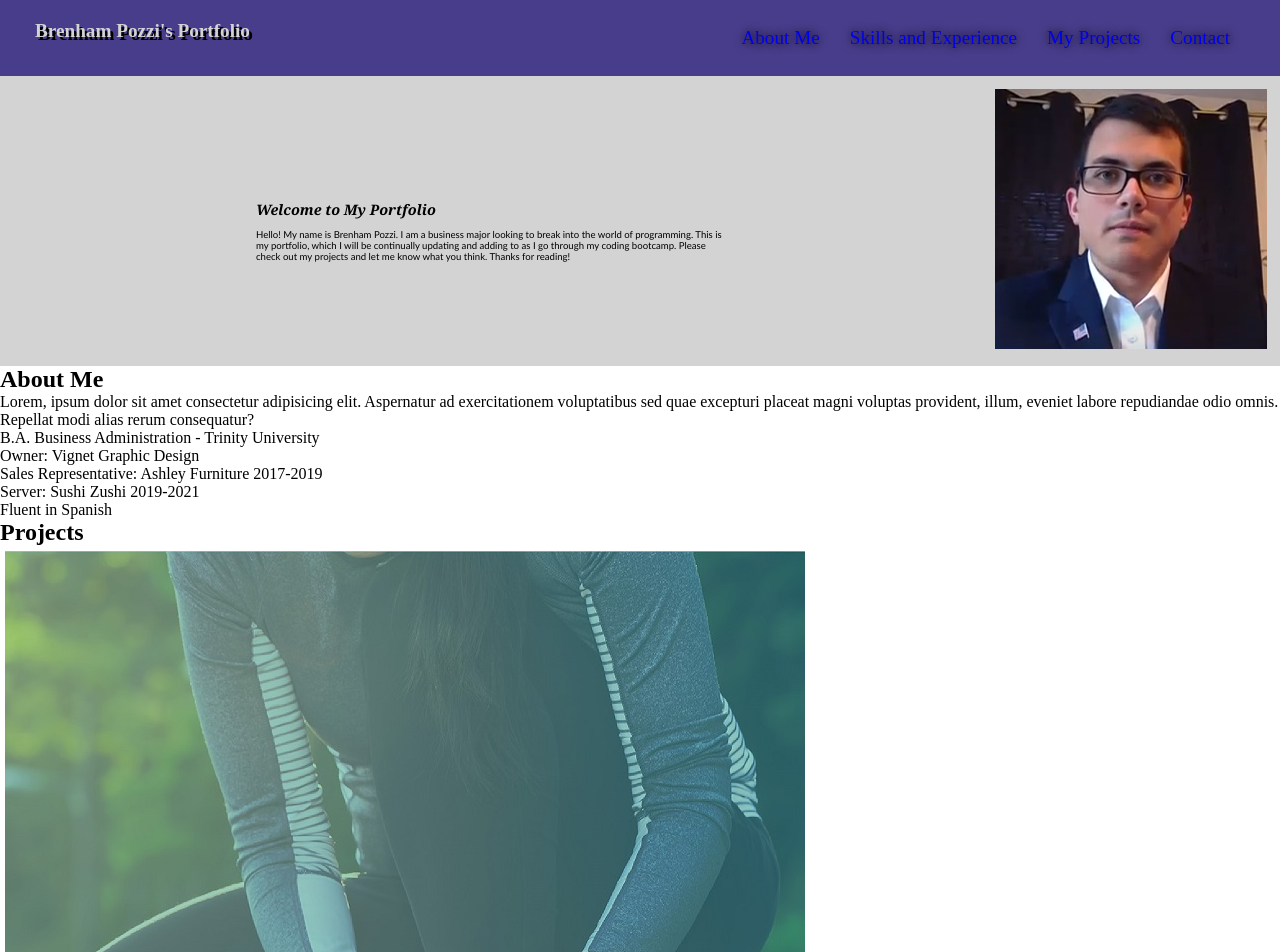
Repository: brenhamp/professional-portfolio
Page: index.html
These files come from the project's save history. The page is drawn as it stood at one moment and after the next save; the edit follows.
The browser window is 1280 px wide. The pictures show the part of the page from y = 0 to 952 px (the page is 2427 px tall before and 2463 px after).
A picture or video elsewhere on the page could not be fetched, so the positions and the page height are approximate.

Above is the page before, as saved 2021-11-14 20:59:07.

After the next save:
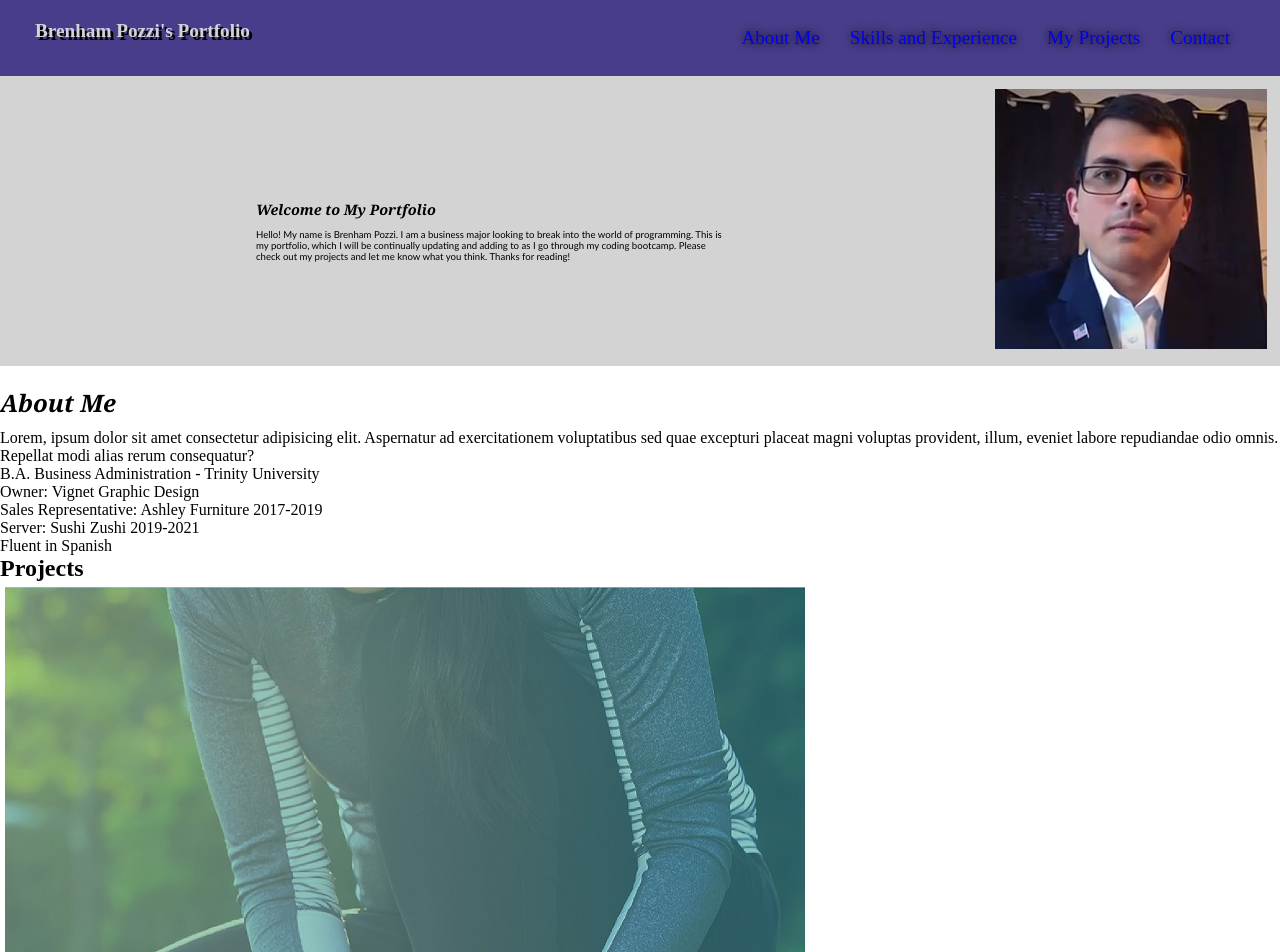
Saved 2 min 18 s later.
--- a/index.html
+++ b/index.html
@@ -50,13 +50,13 @@
     <!-- end hero -->
 
     <!-- "About Me" section-->
-    <section id="about-me" class="intro">
-      <div class="flex-container">
-        <h2 class="section-title primary-border">
+    <section id="about-me" class="about-me">
+      <div>
+        <h2>
           About Me
         </h2>
       </div>
-      <div class="flex-container">
+      <div>
         <p>
           Lorem, ipsum dolor sit amet consectetur adipisicing elit. Aspernatur ad exercitationem voluptatibus sed quae excepturi placeat magni voluptas provident, illum, eveniet labore repudiandae odio omnis. Repellat modi alias rerum consequatur?
         </p>
--- a/assets/css/styles.css
+++ b/assets/css/styles.css
@@ -113,6 +113,12 @@
 
 /* About Me style start */
 
+.about-me h2 {
+    padding: 20px 0 10px 0;
+    font-style: oblique;
+    font-family: var(--headline-font);
+}
+
 /* About Me style end */
 
 /* Projects style start */
